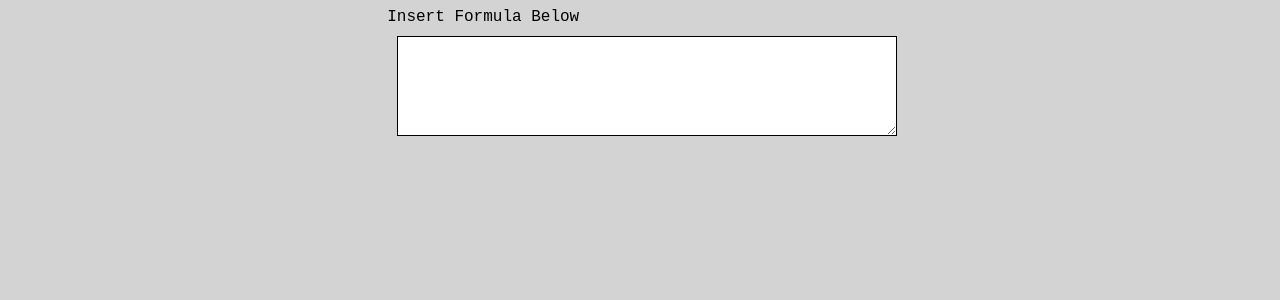
Repository: martandatrey/sf_formula_checker
Page: SF_formula_parser.html
These files come from the project's save history. The page is drawn as it stood at one moment and after the next save; the edit follows.
The browser window is 1280 px wide. The pictures show the whole page.

Above is the page before, as saved 2020-05-23 21:24:52.

After the next save:
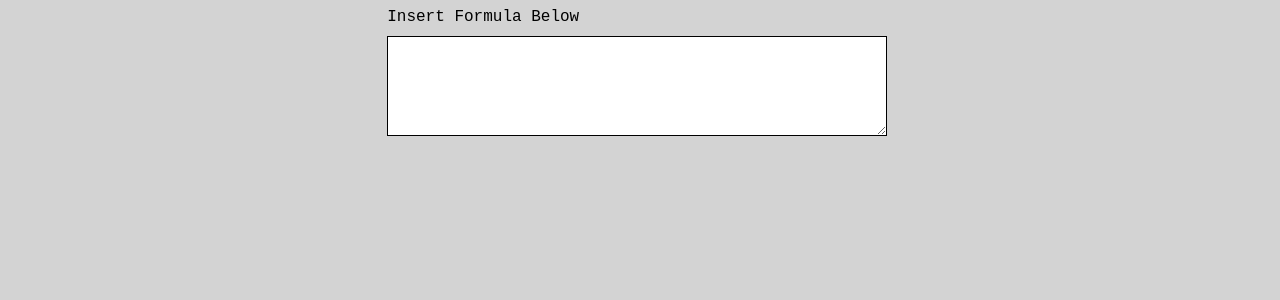
Saved 62 s later.
--- a/SF_formula_parser.css
+++ b/SF_formula_parser.css
@@ -3,7 +3,7 @@
     margin-left: 30%;
 }
 .fField {
-    margin-left: 10px;
+    /* margin-left: 10px; */
     margin-top: 10px;
     height: 100px;
     width: 500px;
